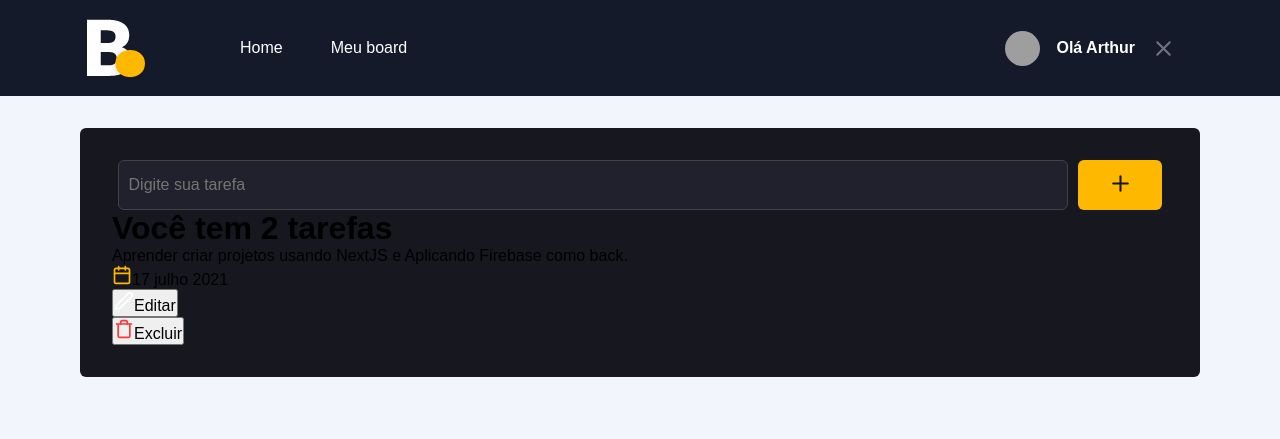
Repository: ArthurHendrich/Task-Board
Page: /board
An editor plug-in stored every save of this project. The page is shown before and after the next save, followed by the edit.
The browser window is 1280 px wide. The pictures show the whole page.
Pictures or frames that could not be fetched are drawn as grey boxes. The project was rebuilt for these pictures with package versions that can differ from the ones it lists, and the page was loaded fresh each time. The framework's server and built-in components were replaced by stand-ins that run in the browser. Also part of the build but not shown: next.config.js.

Above is the page before, as saved 2022-07-04 18:01:57.

### src/pages/_app.tsx
import { AppProps } from 'next/app';
import { Header } from '../components/Header';

import '../styles/global.scss';

function MyApp({ Component, pageProps }: AppProps) {
  return (
    <>
    <Header />
    <Component {...pageProps} />
    </>
  )
}

export default MyApp

### src/pages/_document.tsx
import Document, { Head, Html, Main, NextScript } from "next/document";

export default class MyDocument extends Document{
  render(){
    return(
      <Html>
        <Head>
        </Head>
        <body>
          <Main />
          <NextScript />
        </body>
      </Html>
    )
  }
}

### src/pages/board/index.tsx
import Head from 'next/head';
import styles from './styles.module.scss';
import { FiPlus, FiCalendar, FiEdit2, FiTrash } from 'react-icons/fi'

export default function Board(){
  return (
    <>
      <Head>
        <title>My Task | Tarefas</title>
      </Head>

      <main className={styles.container}>
        <form>
          <input type="text" placeholder='Digite sua tarefa' />
          <button type='submit'><FiPlus size={25} color="#17181f"/></button>
        </form>

        <h1>Você tem 2 tarefas</h1>

        <section>
          <article className={styles.taskList}>
            <p>Aprender criar projetos usando NextJS e Aplicando Firebase como back.</p>
            <div className={styles.actions}>

              <div>
                <div>
                  <FiCalendar size={20} color="#ffb800" />
                  <time>17 julho 2021</time>
                </div>
                <button>
                  <FiEdit2 size={20} color="#FFF" />
                  <span>Editar</span>
                </button>
              </div>

              <button>
                <FiTrash size={20} color="#FF3636" />
                <span>Excluir</span>
              </button>

            </div>
          </article>
        </section>
      </main>
    </>
  )
}

### src/components/Header/index.tsx
import Link from "next/link";
import { SignInButton } from "../SignInButton/index";
import styles from "./styles.module.scss";

export function Header() {
  return (
    <header className={styles.headerContainer}>
      <div className={styles.headerContent}>
        <Link href="/">
          <img src="/images/logo.svg" alt="Logo" />
        </Link>

        <nav>
          <Link href="/">
            <a>Home</a>
          </Link>
          <Link href="/board">
            <a>Meu board</a>
          </Link>
        </nav>

        <SignInButton />
      </div>
    </header>
  );
}

### src/styles/global.scss
* {
  margin: 0;
  padding: 0;
  box-sizing: border-box;
}

@media (max-width: 1080px) {
  html {
    font-size: 93.75%;
  }
}

@media (max-width: 720px) {
  html {
    font-size: 87.5%;
  }
}


body {
  background: #F2F6FC;
}

body, input, textarea, select, button {
  font: 400 1rem sans-serif;
}

button {
  cursor: pointer;
}

a {
  text-decoration: none;
  color: inherit;
}

### src/pages/board/styles.module.scss
.container {
  max-width: 1120px;
  margin: 2rem auto;
  padding: 2rem;
  background-color: #17181f;
  border-radius: 6px;

  form {
    display: flex;
    justify-content: center;
    align-items: center;

    input{
      width: 90%;
      height: 50px;
      background-color: #20212c;
      border: 1px solid #424242;
      border-radius: 6px;
      padding: 3px 10px;
      color: #FFF;
    }

    button {
      margin-left: 10px;
      width: 8%;
      height: 50px;
      border: 0;
      background-color: #FFB800;
      border-radius: 6px;
    }
  }
}

### src/components/SignInButton/index.tsx
import styles from "./styles.module.scss";
import { FaGithub } from 'react-icons/fa';
import { FiX } from 'react-icons/fi';

export function SignInButton() {
  const session = true;

  return session ? (
    <button type="button" className={styles.signInButton} onClick={() => {}}>
      <img src="https://avatars.githubusercontent.com/u/99266969?v=4" alt="Github" />
      Olá Arthur
      <FiX color="#737380" className={styles.closeIcon} />
    </button>
  ) : (
    <button type="button" className={styles.signInButton} onClick={() => {}}>
    <FaGithub color="#FFB800" />
    Entrar com github
    </button>
  )
}

### src/components/Header/styles.module.scss
.headerContainer {
  height: 6rem;
  background-color: #141a29;
}

.headerContent {
  max-width: 1120px;
  height: 6rem;
  margin: 0 auto;
  display: flex;
  align-items: center;

  img {
    cursor: pointer;
  }

  nav{
    margin-left: 5rem;
    height: 5rem;

    a {
      display: inline-block;
      position: relative;
      padding: 0 0.5rem;
      height: 5rem;
      line-height: 5rem;
      color: #FFF;

      & + a {
        margin-left: 2rem;
      }
    }

  }

  button {
    margin-left: auto;
  }

}

### src/components/SignInButton/styles.module.scss
.signInButton{
  height: 2.5rem;
  border-radius: 3rem;
  background: transparent;
  border: 0;
  display: flex;
  align-items: center;
  justify-content: center;
  padding: 0 1.5rem;
  color: #FFF;
  font-weight: bold;
  transition: filter 0.2s;

  svg {
    width: 25px;
    height: 25px;
  }

  img {
    width: 35px;
    height: 35px;
    border-radius: 50%;
    margin-right: 1rem;
  }

  &:hover{
    filter: brightness(0.9);
  }

  svg:first-child {
    margin-right: 1rem;
  }

  svg.closeIcon {
    margin-left: 1rem;
  }
}

After the next save:
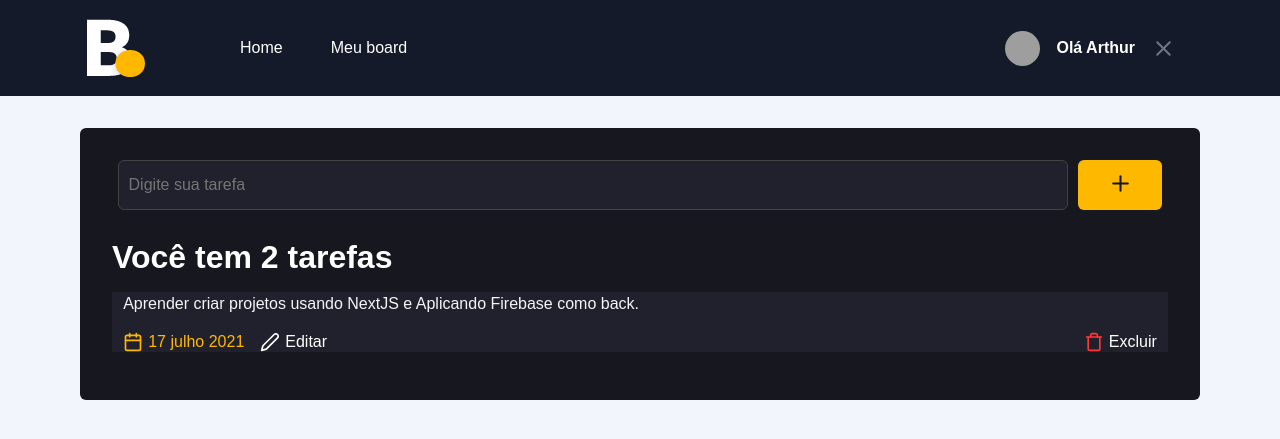
Saved 3 min 20 s later.
--- a/src/pages/board/styles.module.scss
+++ b/src/pages/board/styles.module.scss
@@ -29,4 +29,68 @@
       border-radius: 6px;
     }
   }
+
+  h1{
+    color: #FFF;
+    margin-top: 1.8rem;
+  }
+
 }
+
+.taskList {
+  background-color: #20212c;
+  margin: 1rem 0;
+  padding: 0 0.7rem;
+
+  p{
+    cursor: pointer;
+    color: #F2F6F7;
+    font-size: 1rem;
+    line-height: 150%;
+  }
+
+  .actions {
+    width: 100%;
+    display: flex;
+    flex-direction: row;
+    justify-content: space-between;
+    margin-top: 1rem;
+
+
+    div {
+      display: flex;
+      justify-content: center;
+      align-items: center;
+
+      time{
+        color: #FFB800;
+        margin-left: 5px;
+        margin-right: 1rem;
+      }
+    }
+
+    button {
+      background: transparent;
+      border: 0;
+      display: flex;
+      justify-content: center;
+      align-items: center;
+
+      & + button {
+        margin-left: 10px;
+      }
+
+      span {
+        margin-left: 5px;
+        color: #FFF;
+        cursor: pointer;
+      }
+
+      span:hover{
+        filter: brightness(0.7);
+      }
+    }
+  }
+
+
+}
